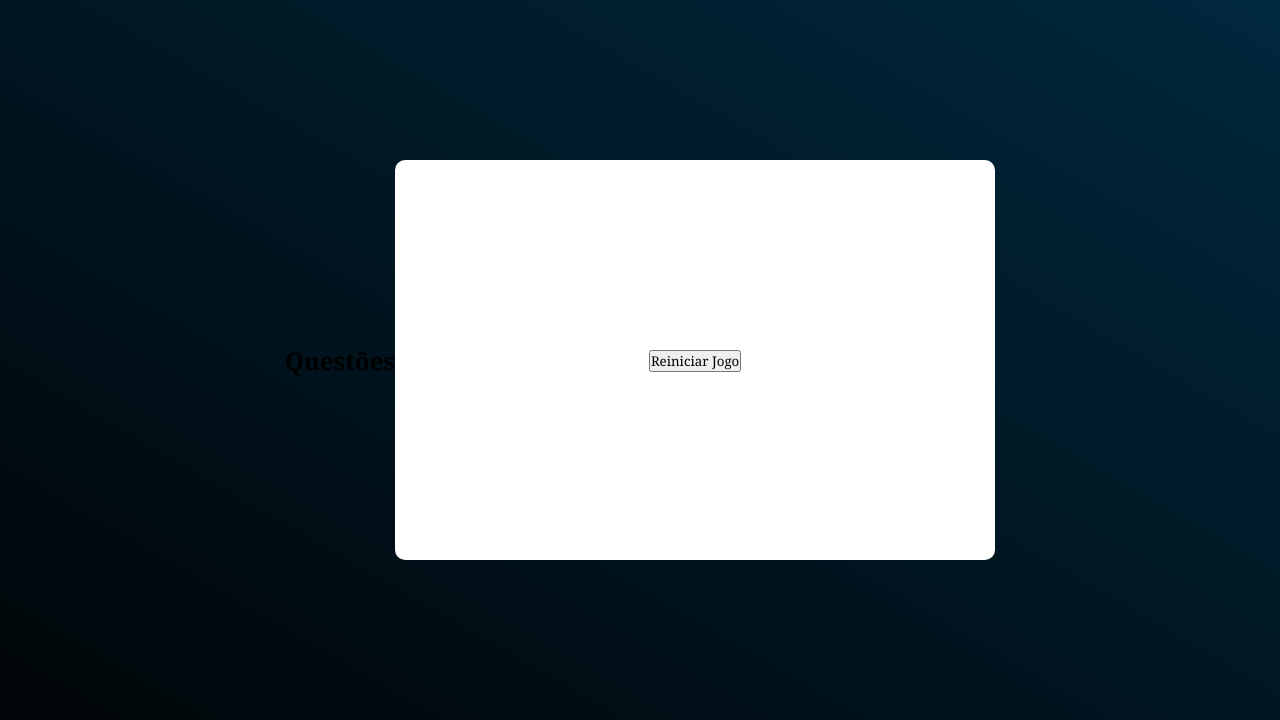
Repository: LaisSilvaO/Projeto-Quizz
Page: telas/index.html
The author's editor kept a copy of each file at every save. The page is drawn from the files as they stood at one save, then again after the next save.
The browser window is 1280 px wide. The pictures show the whole page.

Above is the page before, as saved 2024-12-25 21:25:41.
Not found: telas/script.js

### telas/index.html
<!DOCTYPE html>
<html lang="pt-br">

<head>
    <meta charset="UTF-8">
    <meta name="viewport" content="width=device-width, initial-scale=1.0">
    <title>Perguntas</title>
    <link rel="stylesheet" href="../img/tela.css">
</head>

<body>
    <h2> Questões</h2>
    <main>
        <div class="content">
            <span class="qtddquestao"></span>
            <span class="questao"></span>
            <div class="resposta"></div>
        </div>
        <div class="final">
            <span></span>
            <button>Reiniciar Jogo</button>
        </div>
    </main>

    <script src="script.js" type="module"></script>
</body>

</html>

### img/tela.css
* {
  margin: 0;
  padding: 0;
  box-sizing: border-box;
  font-family: Cambria, Cochin, Georgia, Times, 'Times New Roman', serif;
}

body {
  height: 100vh;
  display: flex;
  justify-content: center;
  align-items: center;
  background: linear-gradient(210deg, #00283d, #000508);
}

main {
  background-color: white;
  padding: 10px;
  border-radius: 10px;
  width: 100%;
  max-width: 600px;
  min-height: 400px;
  display: flex;
  justify-content: center;
  align-items: center;
}

.box1{
  position: relative;
  width: 700px;
  height: 410px;

  border-radius: 30px;
  display: flex;
  justify-content: center;
  align-items: center;
  flex-direction: column;
  overflow: hidden;

}
.box2 {
  position: relative;
  width: 700px;
  height: 400px;
  background-color: #000508;
  border-radius: 30px;
  display: flex;
  justify-content: center;
  align-items: center;
  flex-direction: column;
  overflow: hidden;
  color: white;
}

/* Borda animada externa */
.box1::before {
  content: '';
  position: absolute;
  top: 0;
  left: 0;
  width: 100%;
  height: 100%;
  border-radius: 30px;
  border: 0px solid transparent; /* Espessura da borda aumentada */
  background-image: linear-gradient(to bottom, #157815, #93b608);
  background-size: 400%; /* Aumenta o tamanho da animação da borda */
  animation: borderAnimation 6s linear  infinite ;
  z-index: -1; /* Garante que a borda fique atrás do conteúdo */
}

@keyframes borderAnimation {
  0% {
    top: 0px;
    left: 0px;
}
25% {
    top: 0px;
    left: 700px; /* Canto superior direito */
}
50% {
    top: 0px;
    left: 0px; /* Canto inferior direito */
}
75% {
    top: 700px;
    left: 0px; /* Canto inferior esquerdo */
}
100% {
    top: 700px;
    left: 0px;  /* Retorna ao canto superior esquerdo */
}
}

After the next save:
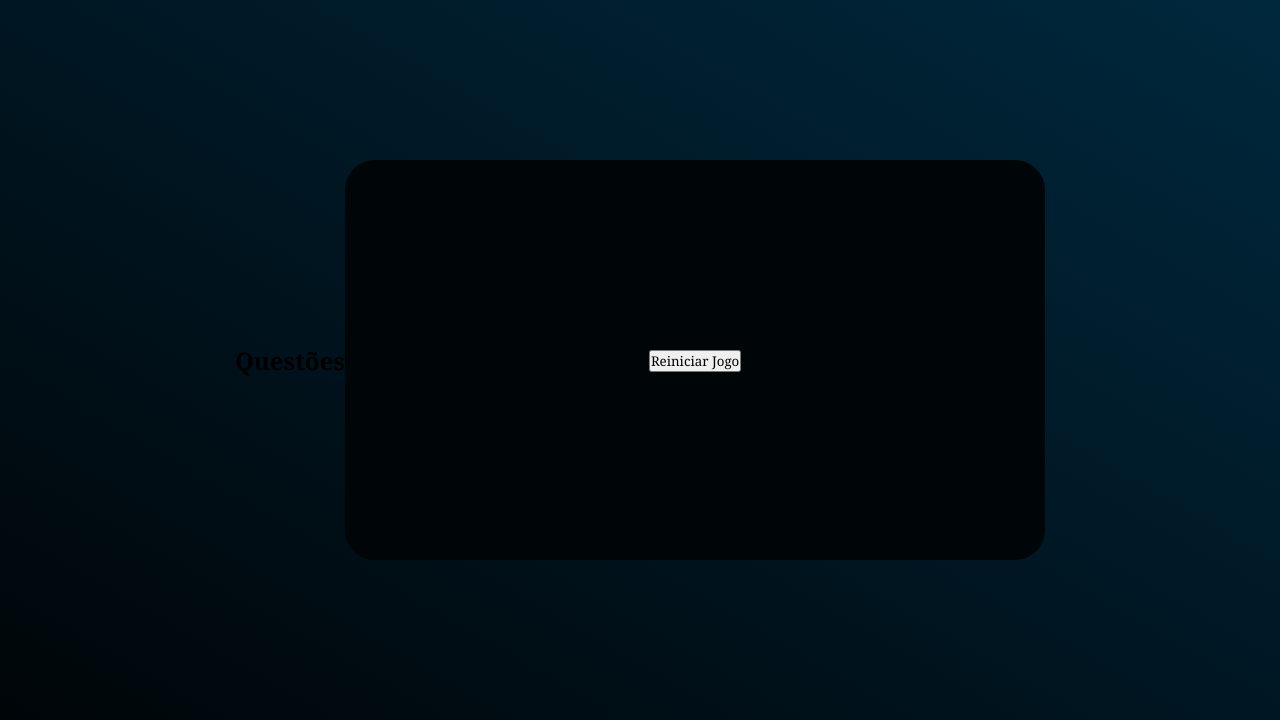
Saved 3 min 32 s later.
--- a/telas/index.html
+++ b/telas/index.html
@@ -10,17 +10,19 @@
 
 <body>
     <h2> Questões</h2>
-    <main>
-        <div class="content">
-            <span class="qtddquestao"></span>
-            <span class="questao"></span>
-            <div class="resposta"></div>
+    <div class="box1">
+        <div class="box2">
+            <div class="content">
+                <span class="qtddquestao"></span>
+                <span class="questao"></span>
+                <div class="resposta"></div>
+            </div>
+            <div class="final">
+                <span></span>
+                <button>Reiniciar Jogo</button>
+            </div>
         </div>
-        <div class="final">
-            <span></span>
-            <button>Reiniciar Jogo</button>
-        </div>
-    </main>
+    </div>
 
     <script src="script.js" type="module"></script>
 </body>
